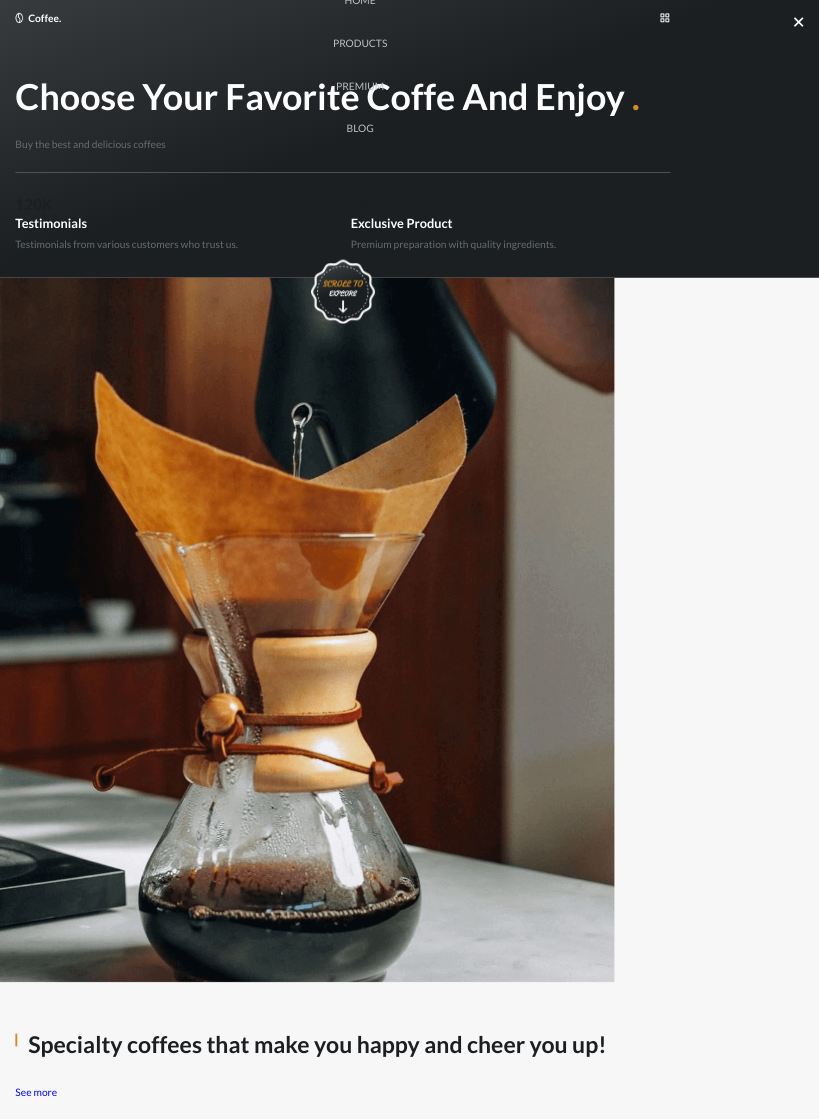
Repository: phong121020/coffee-responsive
Page: index.html
An editor plug-in stored every save of this project. The page is shown before and after the next save, followed by the edit.
The browser window is 1280 px wide. The pictures show the whole page, at 64% of full size.

Above is the page before, as saved 2022-03-06 18:53:10.

After the next save:
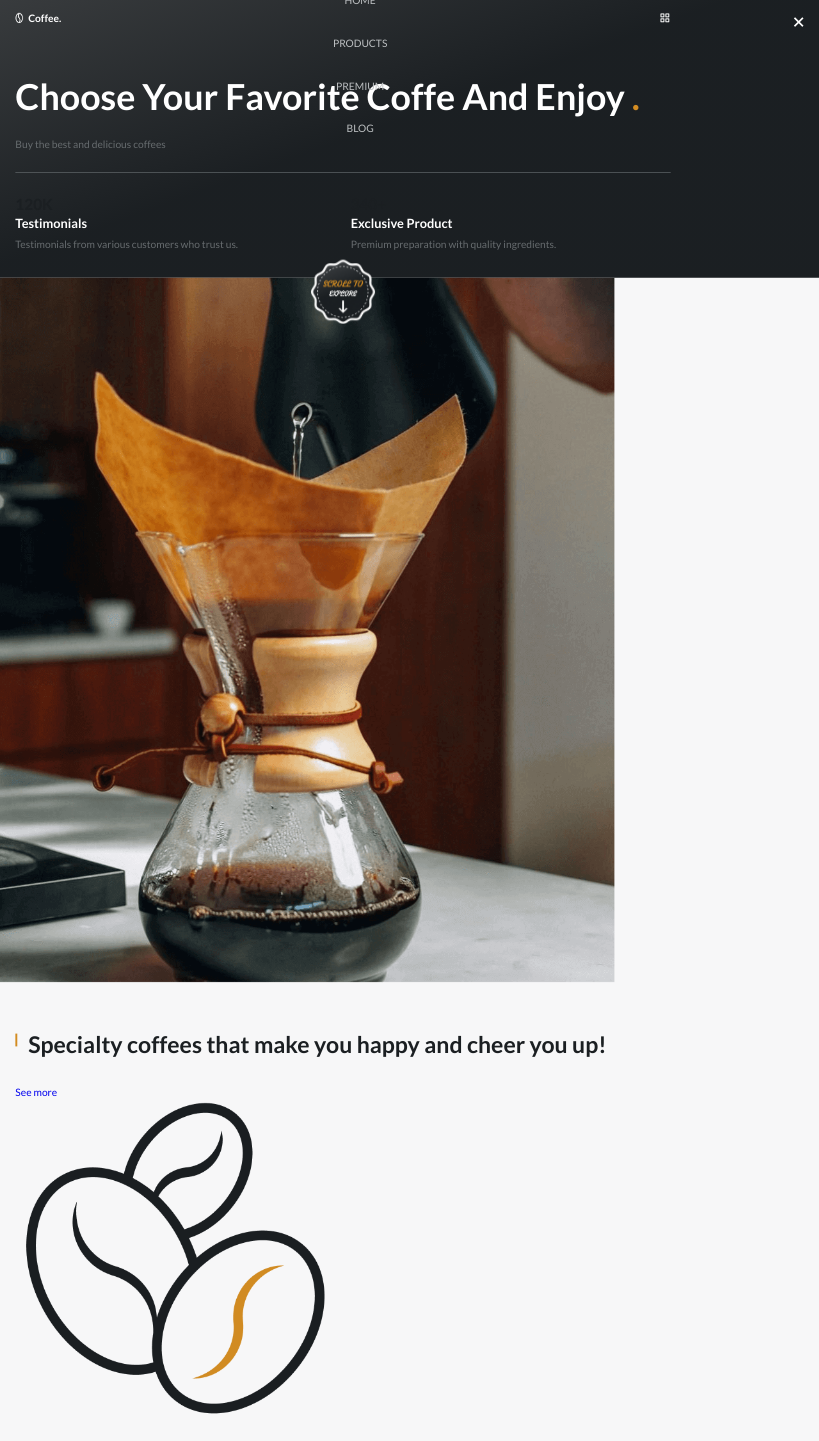
Saved 34 s later.
--- a/index.html
+++ b/index.html
@@ -97,7 +97,13 @@
             </div>
           </div>
           <div class="specialty__catergory">
-            <div class="specialty__group"></div>
+            <div class="specialty__group">
+              <img
+                src="./assets/img/specialty1.png"
+                alt=""
+                class="specialty__img"
+              />
+            </div>
           </div>
         </div>
       </div>
